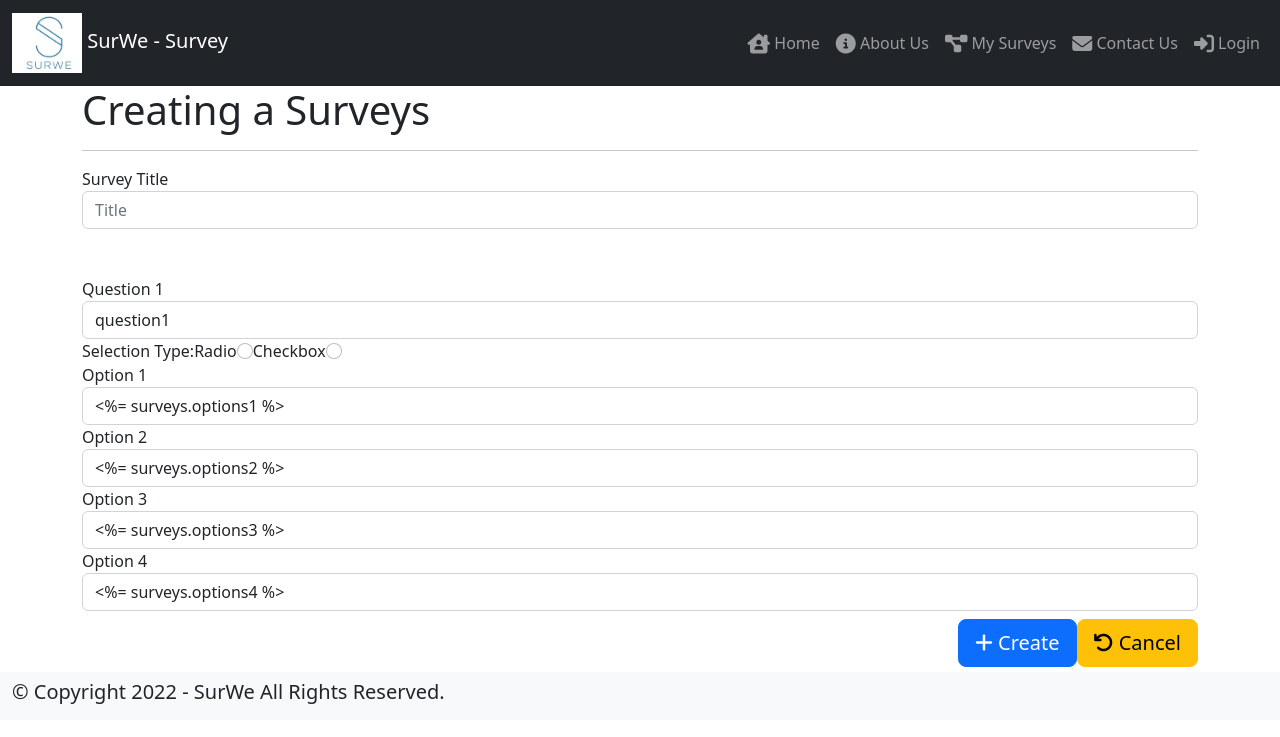
Repository: ryanchandata/comp229-m2022-group6-frontend
Page: /add
An editor plug-in stored every save of this project. The page is shown before and after the next save, followed by the edit.
The browser window is 1280 px wide. The pictures show the whole page.
The project was rebuilt for these pictures with package versions that can differ from the ones it lists, and the page was loaded fresh each time. Also part of the build but not shown: src/content/home.tsx, src/content/about.tsx, src/content/contact.tsx, src/survey-list/landing.tsx, src/survey-list/edit.tsx, src/content/PageNotFound.tsx, src/authentication/login.tsx, src/authentication/logout.tsx and 1 more.

Above is the page before, as saved 2022-07-29 21:10:09.

After the next save:
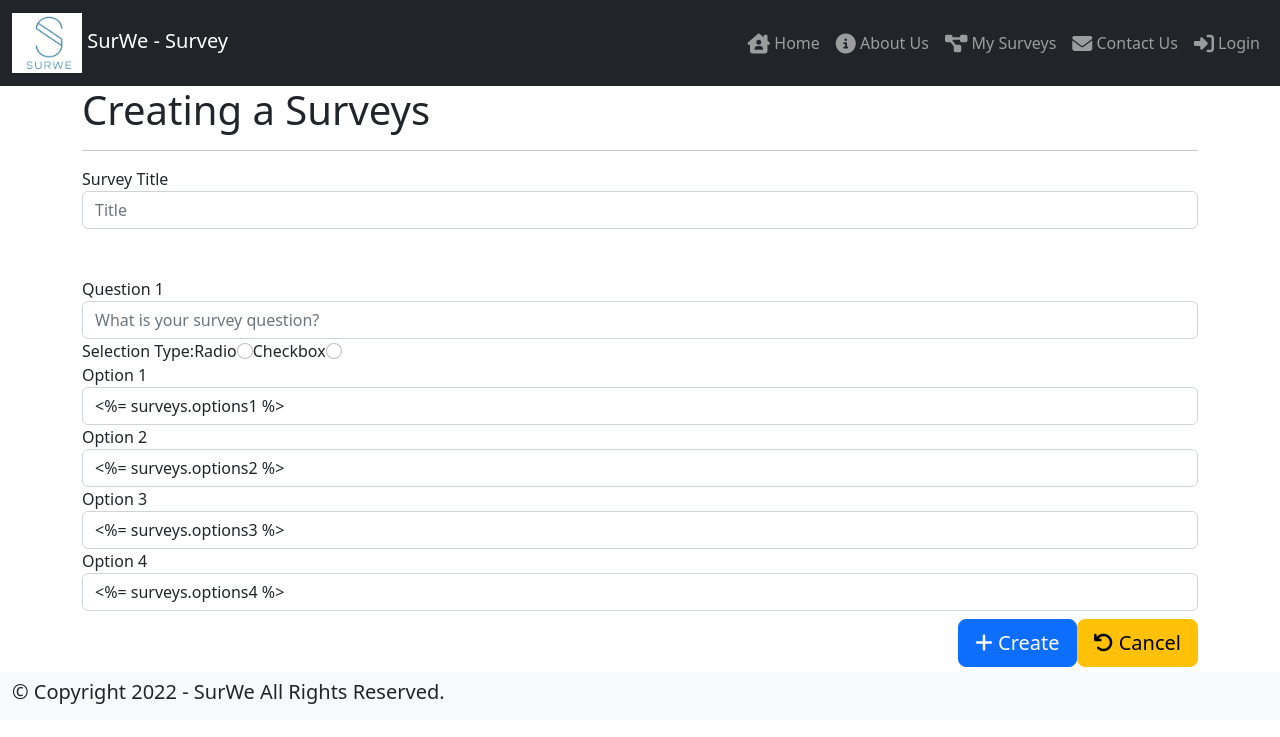
Saved 3 min 7 s later.
--- a/src/survey-list/add.tsx
+++ b/src/survey-list/add.tsx
@@ -46,7 +46,7 @@ function Add()
                     <label htmlFor="title">Survey Title</label>
                     <input type="text" className="form-control" placeholder="Title" id="name" name="name" value = { name } onChange = { setName }  required></input><br /><br />
                     <label htmlFor="name">Question 1</label>
-                    <input type="text" className="form-control" placeholder="What is your survey question?" id="question1" name="question1" value="question1" required></input>
+                    <input type="text" className="form-control" placeholder="What is your survey question?" id="question1" value = { title } onChange = { setTitle } required></input>
                     <label htmlFor="optionType">Selection Type:</label>
                     <label htmlFor="optionType">Radio
                     <input type="radio" className="form-check-input" id="optionType1" name="optionType1" value="radio" required></input>
